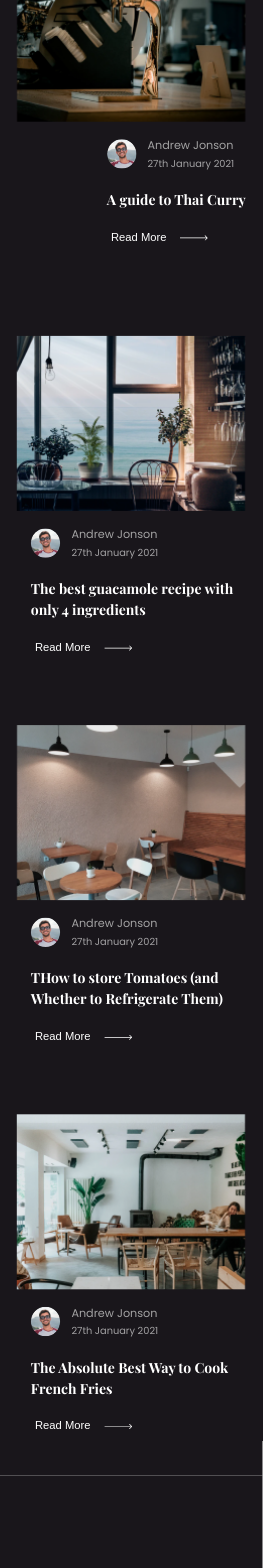
Repository: Minns-Cao/project-finsweet
Page: blog.html
The author's editor kept a copy of each file at every save. The page is drawn from the files as they stood at one save, then again after the next save.
The browser window is 375 px wide. The pictures show the part of the page from y = 2297 to 4537 px (the page is 5871 px tall), at 70% of full size.
Some web fonts or font styles are not loaded; a fallback is used.

Above is the page before, as saved 2023-05-05 10:45:19.

After the next save:
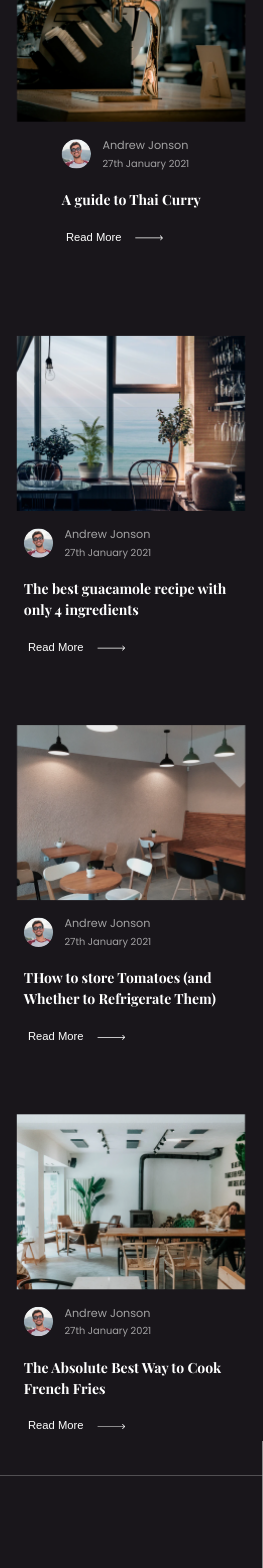
Saved 5 s later.
--- a/assets/css/style_blog.css
+++ b/assets/css/style_blog.css
@@ -323,6 +323,6 @@
         padding: 0;
         padding-top: 20px;
         margin-left: auto;
-        margin-block-end: ;
-    }
-}
+        margin-right: auto;
+    }
+}
